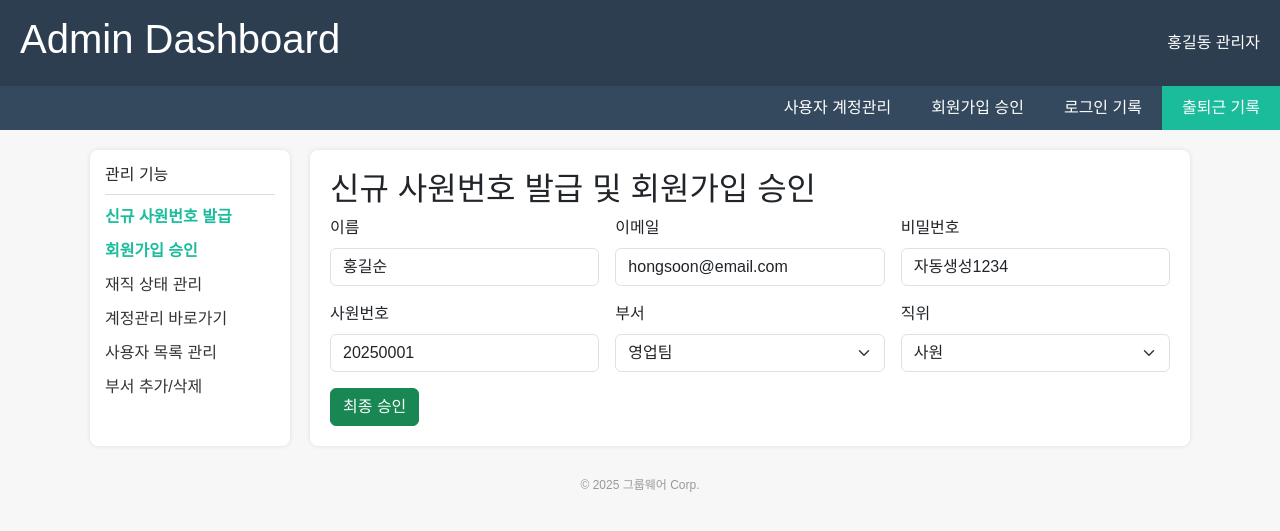
Repository: hyunbin7664/web-java-workspace
Page: groupware/src/main/webapp/admin_employee_approval.html
The author's editor kept a copy of each file at every save. The page is drawn from the files as they stood at one save, then again after the next save.
The browser window is 1280 px wide. The pictures show the whole page.

Above is the page before, as saved 2025-07-07 08:35:23.

### groupware/src/main/webapp/admin_employee_approval.html
<!DOCTYPE html>
<html lang="ko">
<head>
<meta charset="UTF-8">
<title>신규 사원번호 발급 및 회원가입 승인</title>
<link
	href="https://cdn.jsdelivr.net/npm/bootstrap@5.3.2/dist/css/bootstrap.min.css"
	rel="stylesheet">
<style>
body {
	background-color: #f7f7f7;
	font-family: Arial, sans-serif;
	margin: 0;
}

header {
	background-color: #2c3e50;
	color: white;
	padding: 15px 20px;
	display: flex;
	justify-content: space-between;
	align-items: center;
}

nav {
	display: flex;
	justify-content: flex-end;
	background-color: #34495e;
}

nav a {
	padding: 10px 20px;
	color: white;
	text-decoration: none;
	display: inline-block;
}

nav a:hover, nav a.active {
	background-color: #1abc9c;
}

.container {
	display: flex;
	padding: 20px;
}

.sidebar {
	width: 200px;
	background-color: white;
	border-radius: 8px;
	padding: 15px;
	margin-right: 20px;
	box-shadow: 0 0 5px rgba(0, 0, 0, 0.1);
}

.sidebar h3 {
	margin-top: 0;
	font-size: 16px;
	border-bottom: 1px solid #ddd;
	padding-bottom: 10px;
}

.sidebar ul {
	list-style: none;
	padding: 0;
}

.sidebar ul li {
	margin: 10px 0;
}

.sidebar ul li a {
	color: #333;
	text-decoration: none;
}

.sidebar ul li a.active, .sidebar ul li a:hover {
	color: #1abc9c;
	font-weight: bold;
}

.main-content {
	flex: 1;
	background-color: white;
	border-radius: 8px;
	padding: 20px;
	box-shadow: 0 0 5px rgba(0, 0, 0, 0.1);
}

footer {
	text-align: center;
	padding: 10px;
	font-size: 12px;
	color: #999;
}
</style>
</head>
<body>
	<header>
		<h1>
			<a href="admin_dashboard.html" style="text-decoration: none; color: inherit;">Admin Dashboard</a>
		</h1>
		<div>홍길동 관리자</div>
	</header>
	<nav>
		<a href="user_list.html">사용자 계정관리</a>
		<a href="employee_approval.html">회원가입 승인</a>
		<a href="login_log.html">로그인 기록</a>
		<a href="attendance_log.html" class="active">출퇴근 기록</a>
	</nav>
	<div class="container">
		<div class="sidebar">
			<h3>관리 기능</h3>
			<ul>
				<li><a href="employee_approval.html" class="active">신규 사원번호
						발급</a></li>
				<li><a href="employee_approval.html" class="active">회원가입 승인</a></li>
				<li><a href="user_list.html">재직 상태 관리</a></li>
				<li><a href="admin_dashboard.html">계정관리 바로가기</a></li>
				<li><a href="user_list.html">사용자 목록 관리</a></li>
				<li><a href="user_list.html">부서 추가/삭제</a></li>
			</ul>
		</div>
		<div class="main-content">
			<h2>신규 사원번호 발급 및 회원가입 승인</h2>
			<form class="row g-3">
				<div class="col-md-4">
					<label class="form-label">이름</label> <input type="text"
						class="form-control" value="홍길순" readonly>
				</div>
				<div class="col-md-4">
					<label class="form-label">이메일</label> <input type="email"
						class="form-control" value="hongsoon@email.com" readonly>
				</div>
				<div class="col-md-4">
					<label class="form-label">비밀번호</label> <input type="text"
						class="form-control" value="자동생성1234" readonly>
				</div>
				<div class="col-md-4">
					<label class="form-label">사원번호</label> <input type="text"
						class="form-control" value="20250001">
				</div>
				<div class="col-md-4">
					<label class="form-label">부서</label> <select class="form-select">
						<option>영업팀</option>
						<option>개발팀</option>
						<option>인사팀</option>
					</select>
				</div>
				<div class="col-md-4">
					<label class="form-label">직위</label> <select class="form-select">
						<option>사원</option>
						<option>대리</option>
						<option>과장</option>
						<option>차장</option>
						<option>부장</option>
					</select>
				</div>
				<div class="col-12 mt-3">
					<button type="submit" class="btn btn-success">최종 승인</button>
				</div>
			</form>
		</div>
	</div>
	<footer>© 2025 그룹웨어 Corp.</footer>
</body>
</html>

After the next save:
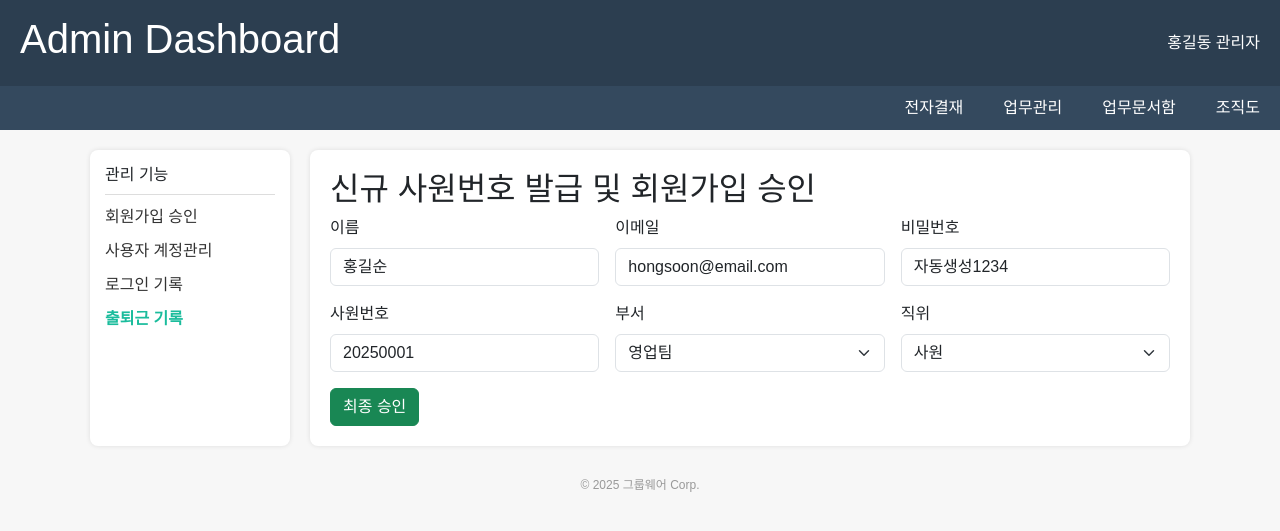
Saved 8 s later.
--- a/groupware/src/main/webapp/admin_employee_approval.html
+++ b/groupware/src/main/webapp/admin_employee_approval.html
@@ -103,22 +103,19 @@ footer {
 		<div>홍길동 관리자</div>
 	</header>
 	<nav>
-		<a href="user_list.html">사용자 계정관리</a>
-		<a href="employee_approval.html">회원가입 승인</a>
-		<a href="login_log.html">로그인 기록</a>
-		<a href="attendance_log.html" class="active">출퇴근 기록</a>
+		<a href="#">전자결재</a>
+		<a href="#">업무관리</a>
+		<a href="#">업무문서함</a>
+		<a href="#">조직도</a>
 	</nav>
 	<div class="container">
 		<div class="sidebar">
 			<h3>관리 기능</h3>
 			<ul>
-				<li><a href="employee_approval.html" class="active">신규 사원번호
-						발급</a></li>
-				<li><a href="employee_approval.html" class="active">회원가입 승인</a></li>
-				<li><a href="user_list.html">재직 상태 관리</a></li>
-				<li><a href="admin_dashboard.html">계정관리 바로가기</a></li>
-				<li><a href="user_list.html">사용자 목록 관리</a></li>
-				<li><a href="user_list.html">부서 추가/삭제</a></li>
+				<li><a href="employee_approval.html">회원가입 승인</a> </li>
+				<li><a href="user_list.html">사용자 계정관리</a> </li>
+				<li><a href="login_log.html">로그인 기록</a> </li>
+				<li><a href="attendance_log.html" class="active">출퇴근 기록</a></li>
 			</ul>
 		</div>
 		<div class="main-content">
